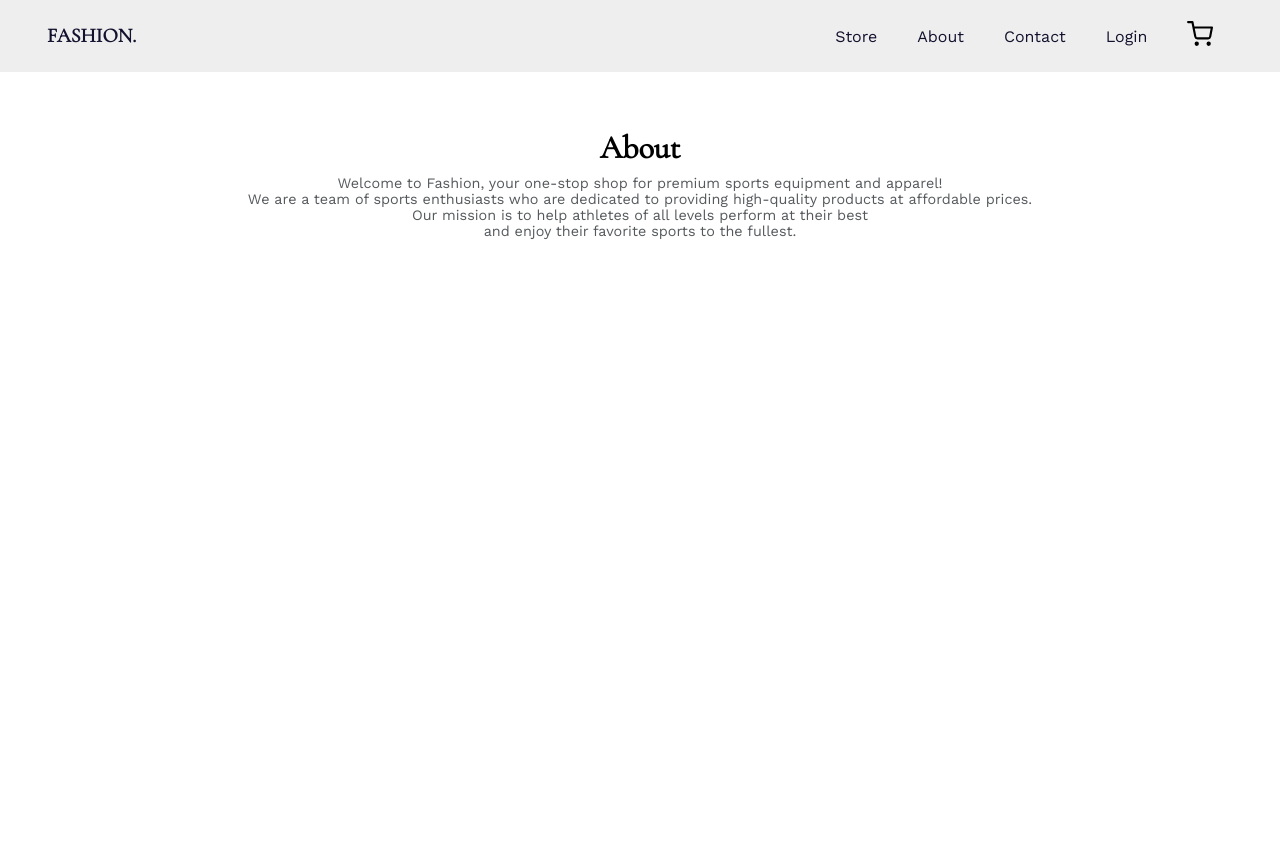
Repository: reminzuetto/SportEcom-FE
Page: /about
The author's editor kept a copy of each file at every save. The page is drawn from the files as they stood at one save, then again after the next save.
The browser window is 1280 px wide. The pictures show the whole page.
The project was rebuilt for these pictures with package versions that can differ from the ones it lists, and the page was loaded fresh each time. Also part of the build but not shown: src/data.js, src/utils/utils.js, src/components/ProductCard.jsx, src/components/TypeBars.jsx, src/typeData.js, src/pages/Store.jsx, src/pages/Login.jsx, src/pages/CustomerInfo.jsx and 3 more.

Above is the page before, as saved 2024-11-15 20:16:16.

After the next save:
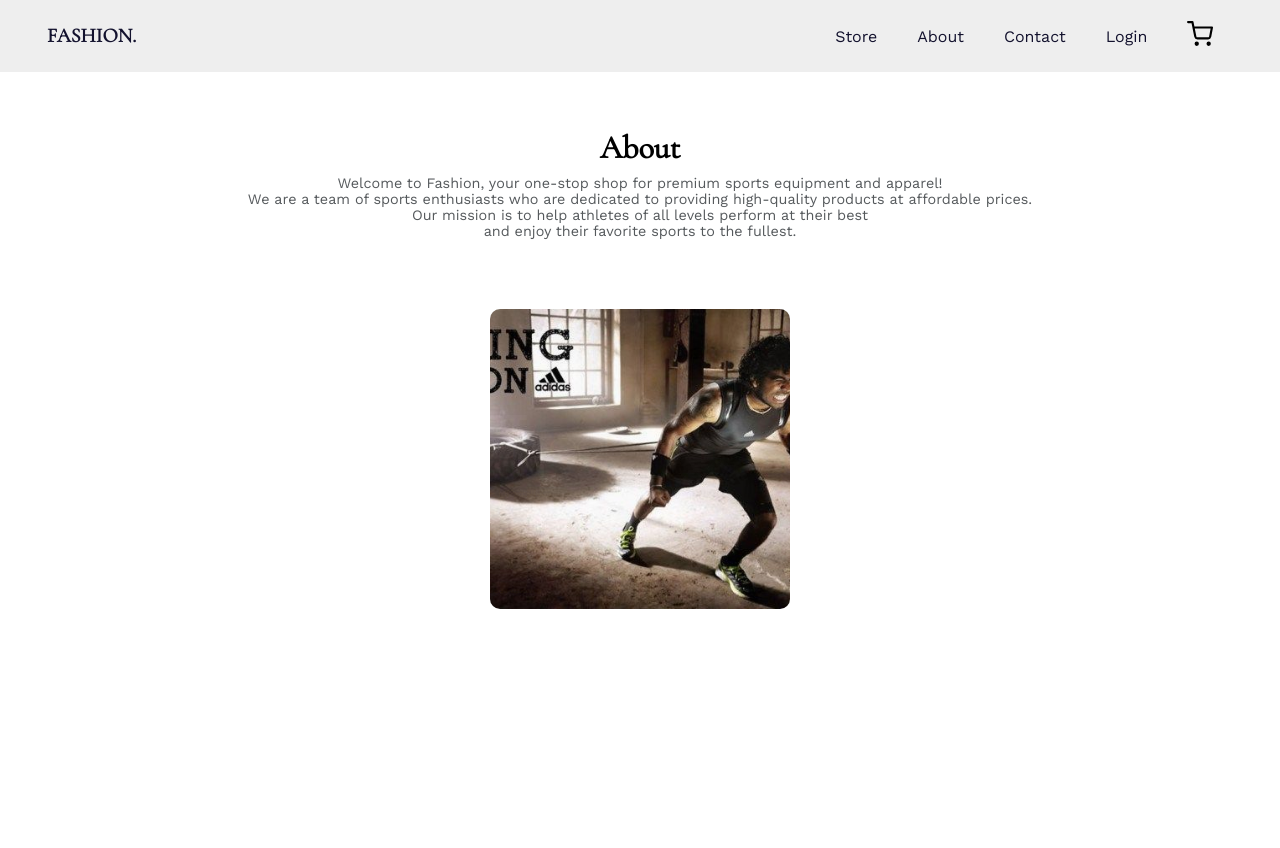
Saved 26 s later.
--- a/src/pages/About.jsx
+++ b/src/pages/About.jsx
@@ -52,7 +52,7 @@
 const Image = styled.div`
   width: 100%;
   height: 100%;
-  background-image: "/src/assets/anh1.jpg";
+  background-image: url("/src/assets/anh1.jpg"); /* Cập nhật cú pháp đúng */
   background-size: cover;
   background-position: center;
   animation: changeImage 9s infinite;
@@ -60,16 +60,16 @@
   /* Các hình ảnh khác */
   @keyframes changeImage {
     0% {
-      background-image: "/src/assets/anh1.jpg";
+      background-image: url("/src/assets/anh1.jpg"); /* Cập nhật cú pháp đúng */
     }
     33% {
-      background-image: "/src/assets/anh2.jpg";
+      background-image: url("/src/assets/anh2.jpg"); /* Cập nhật cú pháp đúng */
     }
     66% {
-      background-image: "/src/assets/anh3.jpg";
+      background-image: url("/src/assets/anh3.jpg"); /* Cập nhật cú pháp đúng */
     }
     100% {
-      background-image: "/src/assets/anh1.jpg";
+      background-image: url("/src/assets/anh1.jpg"); /* Cập nhật cú pháp đúng */
     }
   }
 `;

After the save that followed:
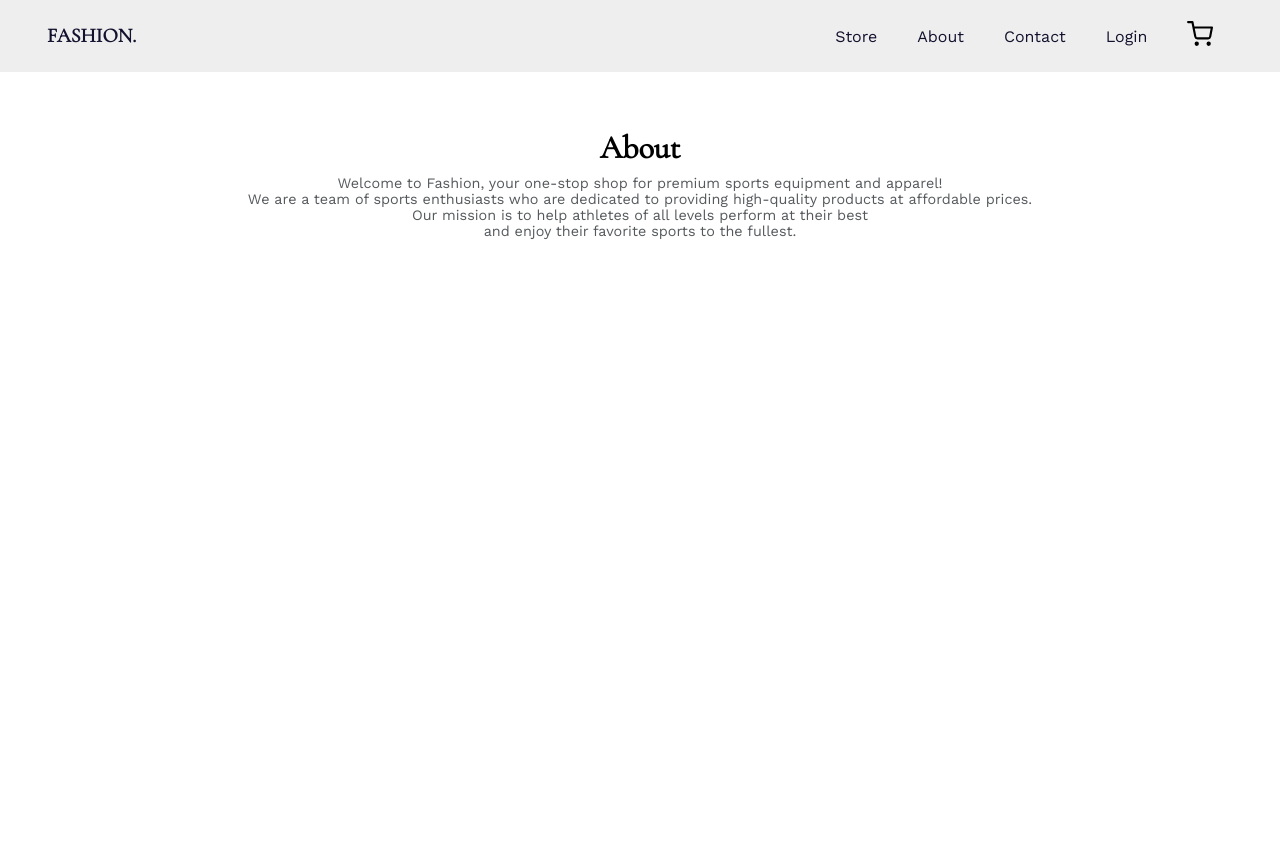
Saved 35 s later.
--- a/src/pages/About.jsx
+++ b/src/pages/About.jsx
@@ -51,7 +51,7 @@
 
 const Image = styled.div`
   width: 100%;
-  height: 100%;
+  ${"" /* height: 100%; */}
   background-image: url("/src/assets/anh1.jpg"); /* Cập nhật cú pháp đúng */
   background-size: cover;
   background-position: center;
